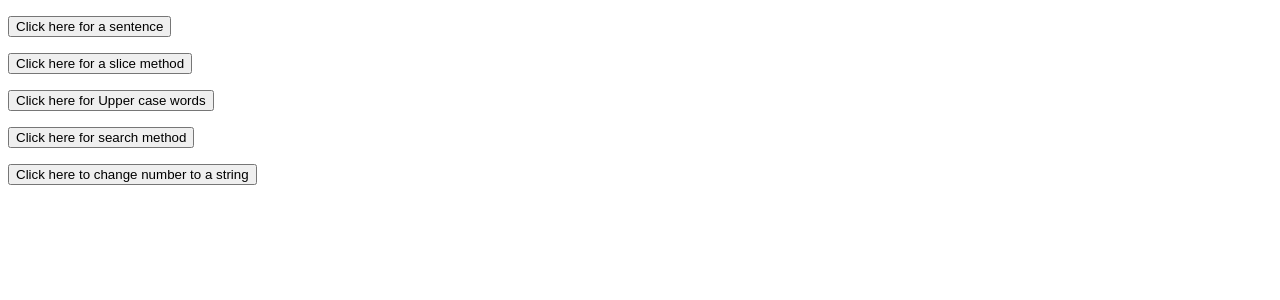
Repository: andyd71/Javascript-Projects
Page: Basic Javascript Projects/Project8_string_methods/index.html
These files come from the project's save history. The page is drawn as it stood at one moment and after the next save; the edit follows.
The browser window is 1280 px wide. The pictures show the whole page.

Above is the page before, as saved 2021-03-04 11:45:47.

After the next save:
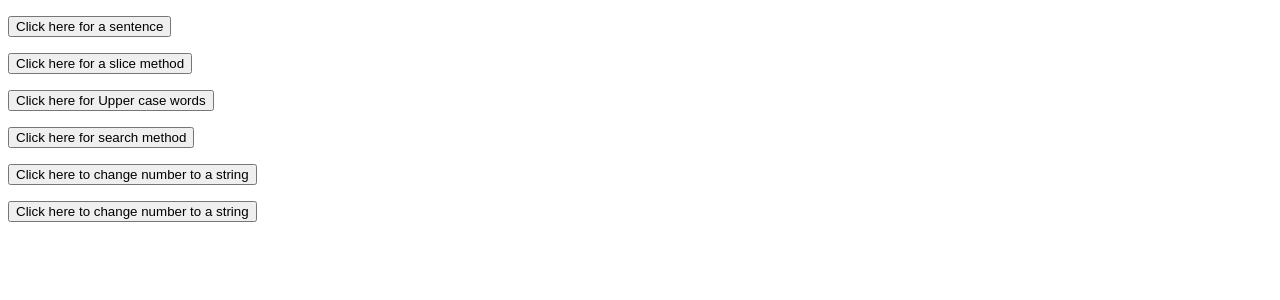
Saved 22 min 3 s later.
--- a/Basic Javascript Projects/Project8_string_methods/index.html
+++ b/Basic Javascript Projects/Project8_string_methods/index.html
@@ -21,5 +21,8 @@
 
       <p id="Numbers_to_str"></p>
       <button onclick="str_Method()">Click here to change number to a string</button>
+
+      <p id="Precision"></p>
+      <button onclick="precision_Method()">Click here to change number to a string</button>
 </body>
 </html>
